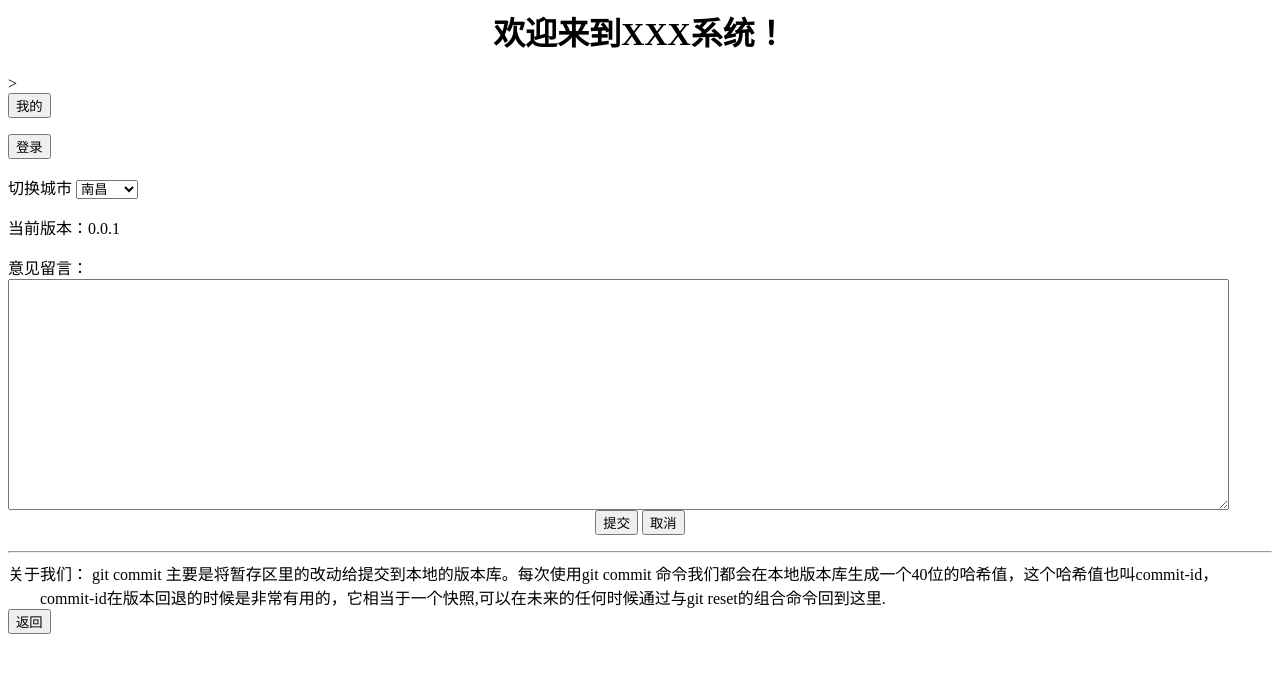
Repository: never-404/Intelligent-recommendation-system
Page: http://localhost/Intelligent-recommendation-system/mainpage.jsp
An editor plug-in stored every save of this project. The page is shown before and after the next save, followed by the edit.
The browser window is 1280 px wide. The pictures show the whole page.
The page is served by Tomcat 9. Nobody is signed in. The application's start-up code is not run.

Above is the page before, as saved 2019-04-12 10:13:44.

After the next save:
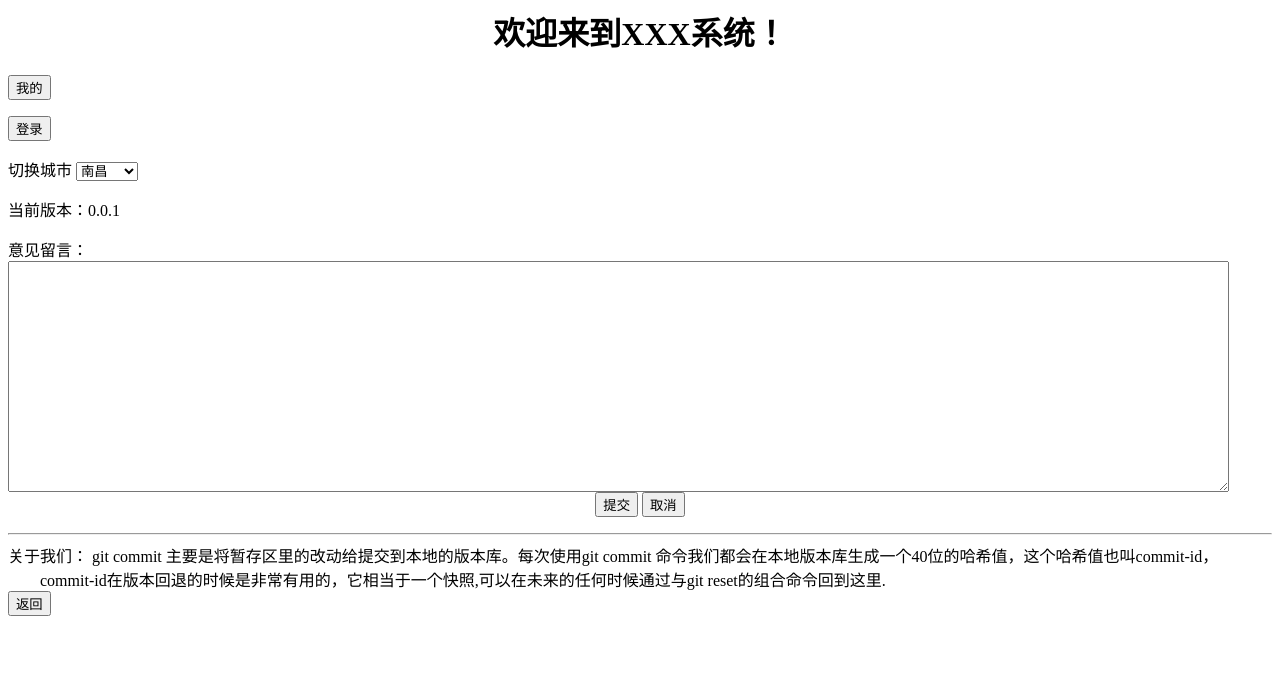
Saved 13 s later.
--- a/Intelligent-recommendation-system/WebRoot/mainpage.jsp
+++ b/Intelligent-recommendation-system/WebRoot/mainpage.jsp
@@ -33,7 +33,7 @@
 	<body>
 
 	<h1>欢迎来到XXX系统！</h1>
-	<!-- 两者选其一显示 -->>
+	<!-- 两者选其一显示 -->
 	<form action = "mine.jsp" method = "post">
 		<input type="submit" value ="我的">
 	</form>
